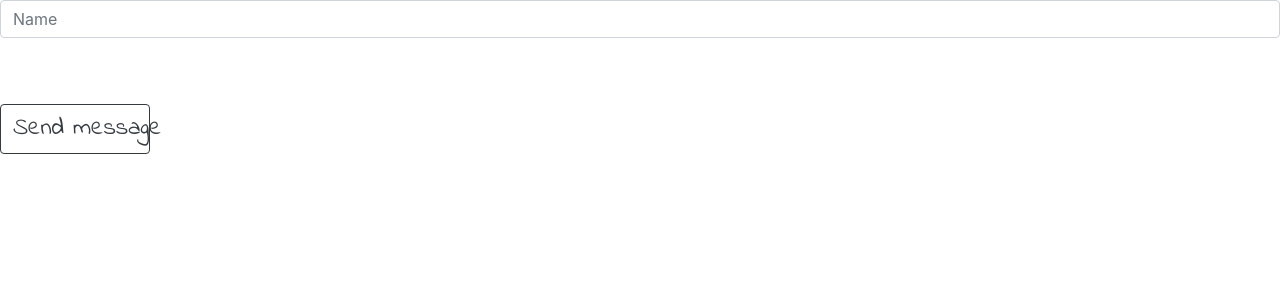
Repository: TaylorD1982/randomizer
Page: submit.html
The author's editor kept a record of every edit. The page is drawn from the files as they stood at one moment, then again after the next edit.
The browser window is 1280 px wide. The pictures show the whole page.
Some web fonts or font styles are not loaded; a fallback is used. Some web libraries are served in a nearby version.

Above is the page before.

### submit.html
<!DOCTYPE html>
<html lang="en">

<head>
    <meta charset="UTF-8">
    <meta name="viewport" content="width=device-width, initial-scale=1.0">
    <meta http-equiv="X-UA-Compatible" content="ie=edge">
    <title>The Names in the Hat Game</title>
    <link rel="icon" href="images/markk.png">
    <link href="https://fonts.googleapis.com/css2?family=Indie+Flower&display=swap" rel="stylesheet">
    <link href="https://fonts.googleapis.com/css2?family=Frijole&display=swap" rel="stylesheet">
    <link rel="stylesheet" href="https://maxcdn.bootstrapcdn.com/bootstrap/4.0.0/css/bootstrap.min.css" integrity="sha384-Gn5384xqQ1aoWXA+058RXPxPg6fy4IWvTNh0E263XmFcJlSAwiGgFAW/dAiS6JXm" crossorigin="anonymous">
    <link rel="stylesheet" href="style.css">
</head>

<body>
    <form onsubmit="return sendMail(this);">
        <div class="form-group">
            <input type="text" name="name" class="form-control" id="fullname" placeholder="Name" required/>
        </div>
        <button type="submit" class="btn btn-outline-dark">Send message</button>
    </form>
</body>

<script src="https://code.jquery.com/jquery-3.2.1.slim.min.js" integrity="sha384-KJ3o2DKtIkvYIK3UENzmM7KCkRr/rE9/Qpg6aAZGJwFDMVNA/GpGFF93hXpG5KkN" crossorigin="anonymous"></script>
<script src="https://cdnjs.cloudflare.com/ajax/libs/popper.js/1.12.9/umd/popper.min.js" integrity="sha384-ApNbgh9B+Y1QKtv3Rn7W3mgPxhU9K/ScQsAP7hUibX39j7fakFPskvXusvfa0b4Q" crossorigin="anonymous"></script>
<script src="https://maxcdn.bootstrapcdn.com/bootstrap/4.0.0/js/bootstrap.min.js" integrity="sha384-JZR6Spejh4U02d8jOt6vLEHfe/JQGiRRSQQxSfFWpi1MquVdAyjUar5+76PVCmYl" crossorigin="anonymous"></script>

</html>

### style.css
.app {
    padding-top: 50px;
    text-align: center;
}

.app2 {
    padding-top: 50px;
    text-align: center;
    padding-left: 100px;
    padding-right: 100px;
}

.result {
    padding-top: 50px;
    font-family: 'Indie Flower', cursive;
    font-size: 5em;
}

.btn {
    width: 150px;
    font-family: 'Indie Flower', cursive;
    font-size: 1.5em;
    margin-top: 50px;
}

.title {
    font-family: 'Frijole', cursive;
    font-size: 3.5em;
}

@media only screen and (max-width: 600px) {
.title {
    font-size: 2em;
}}

@media only screen and (max-width: 600px) {
.result {
    font-size: 3em;
}}

.lock {
    font-family: 'Frijole', cursive;
    font-size: 1.8em;
}

@media only screen and (max-width: 600px) {
.lock {
    font-family: 'Frijole', cursive;
    font-size: 1.2em;
}}

.post-review {
    font-size: 0.75em;
    position: absolute;
    top: 20px;
    right: 50px;
}

@media only screen and (min-device-width: 0px) and (max-device-width: 1100px) {
    .post-review {
        top: 15px;
        left: 8px;
        padding-bottom: 40px;
        padding-left: 100px;
        padding-right: 100px;
    }
}

After the next edit:
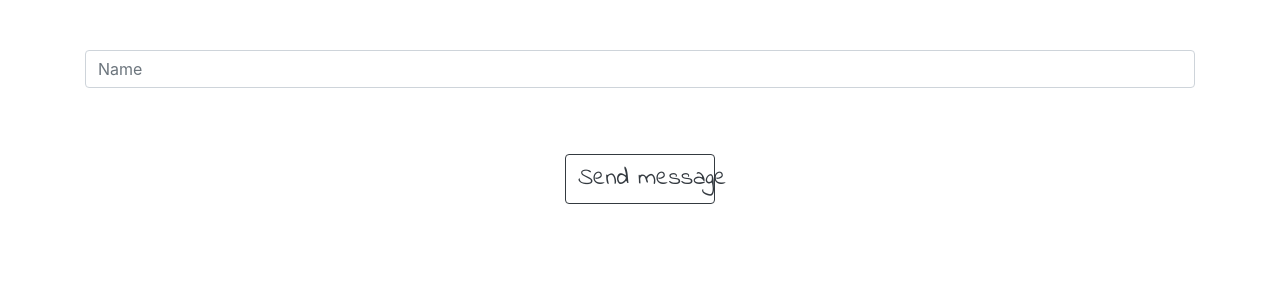
The edit:
--- a/submit.html
+++ b/submit.html
@@ -14,6 +14,9 @@
 </head>
 
 <body>
+        <div class="container">
+        <div class="row app">
+            <div class="col">
     <form onsubmit="return sendMail(this);">
         <div class="form-group">
             <input type="text" name="name" class="form-control" id="fullname" placeholder="Name" required/>
